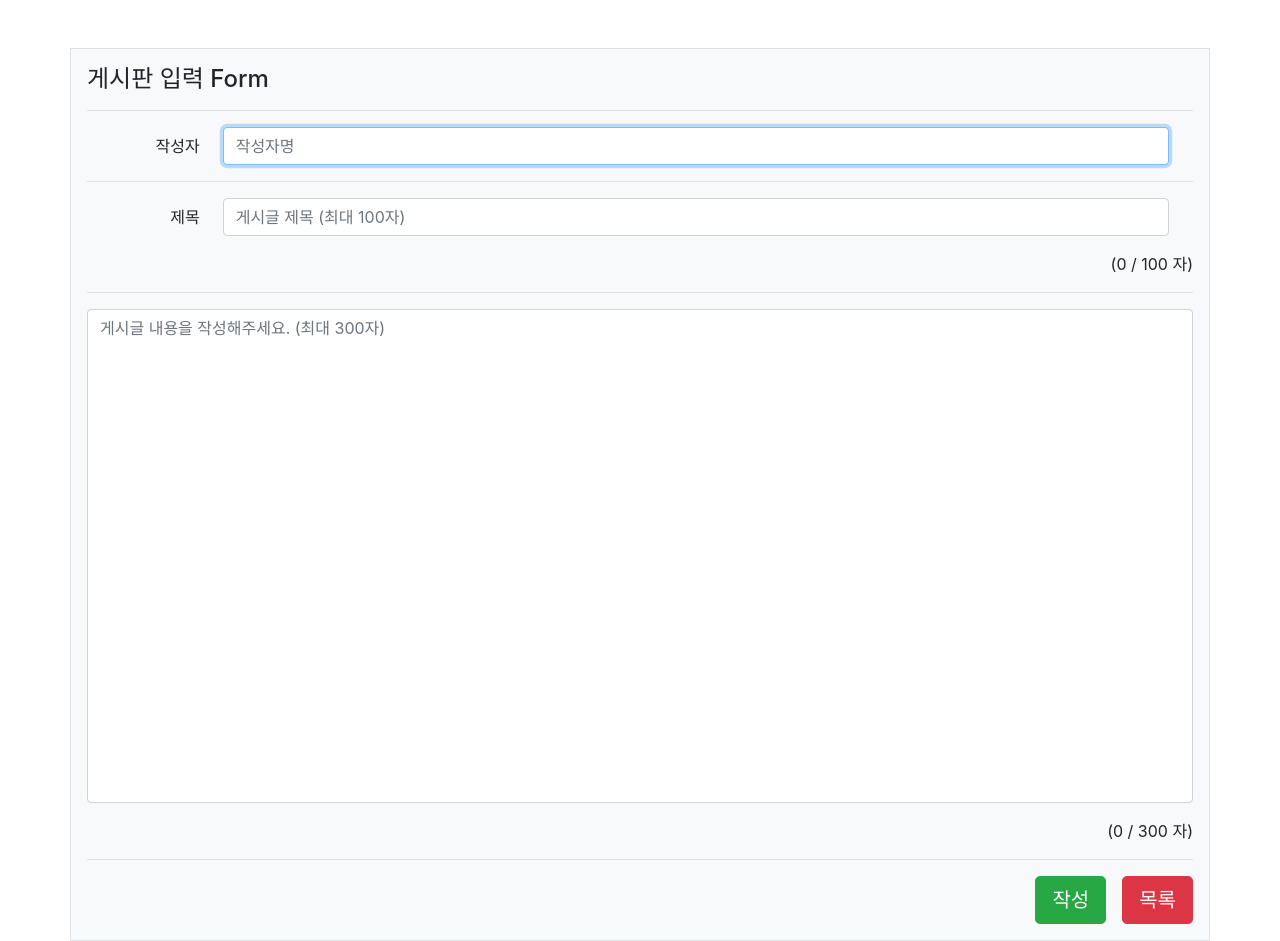
Repository: rasz60/ezen
Page: http://localhost/jspMVC/
An editor plug-in stored every save of this project. The page is shown before and after the next save, followed by the edit.
The browser window is 1280 px wide. The pictures show the whole page.
Some web libraries are served in a nearby version. The page is served by Tomcat 9.

Above is the page before, as saved 2022-02-15 01:37:15.

After the next save:
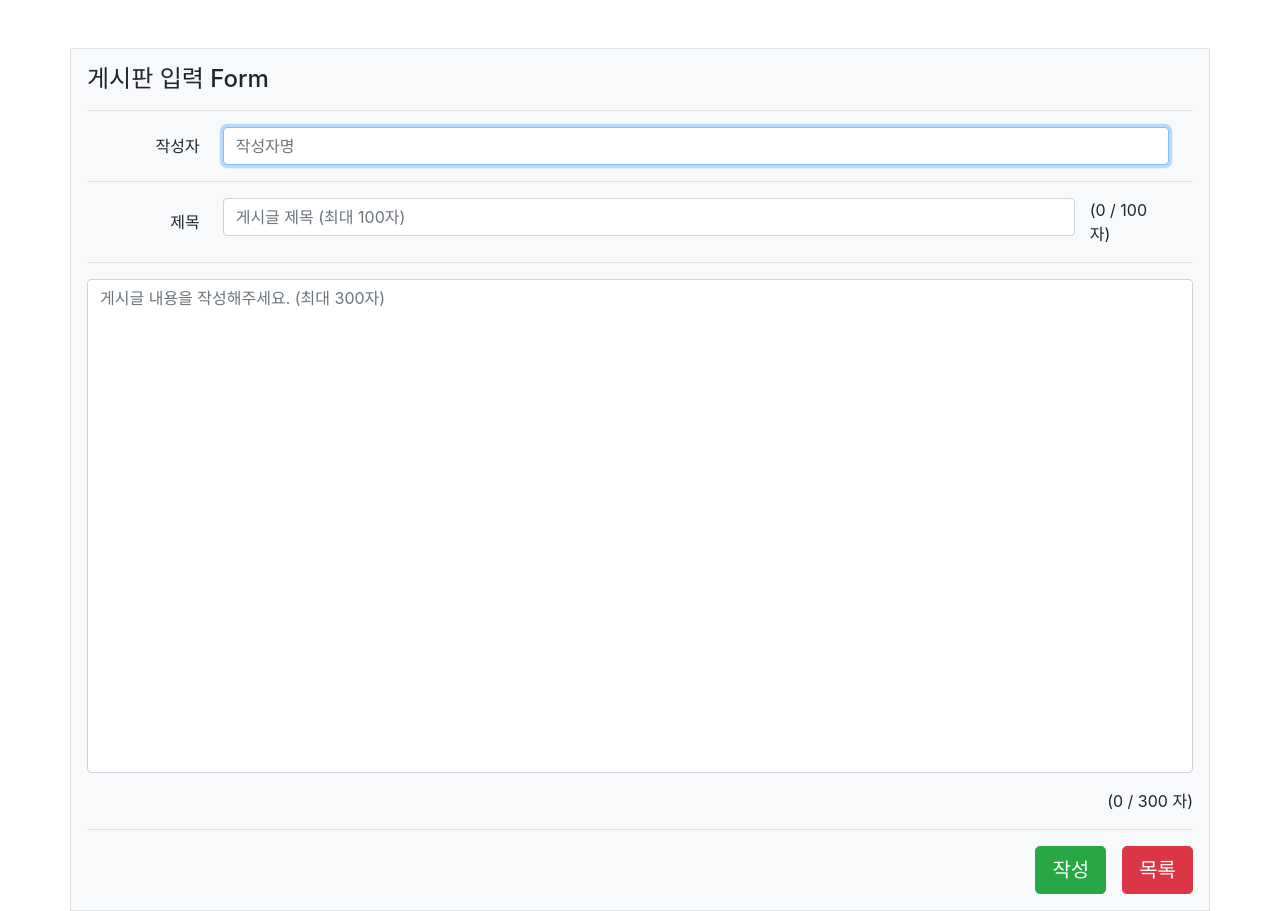
Saved 28 s later.
--- a/04_jsp_servlet-workspace/jspMVC/src/main/webapp/writeForm.jsp
+++ b/04_jsp_servlet-workspace/jspMVC/src/main/webapp/writeForm.jsp
@@ -47,9 +47,9 @@ textarea {
 		<hr />
 		<div class="form-group row">
 			<label for="bTitle" class="col-1 text-right ml-5 mr-2 my-auto">제목</label>
-			<input type="text" name="bTitle" id="bTitle" class="form-control col-10" placeholder="게시글 제목 (최대 100자)"/>
+			<input type="text" name="bTitle" id="bTitle" class="form-control col-9" placeholder="게시글 제목 (최대 100자)"/>
+			<span class="d-flex col-1">(0 / 100 자)</span>
 		</div>
-		<span class="d-flex justify-content-end">(0 / 100 자)</span>
 		<hr />
 		<div class="form-group text-center">
 			<textarea name="bContent" id="bContent" cols="100" rows="20" class="form-control" placeholder="게시글 내용을 작성해주세요. (최대 300자)"></textarea>
